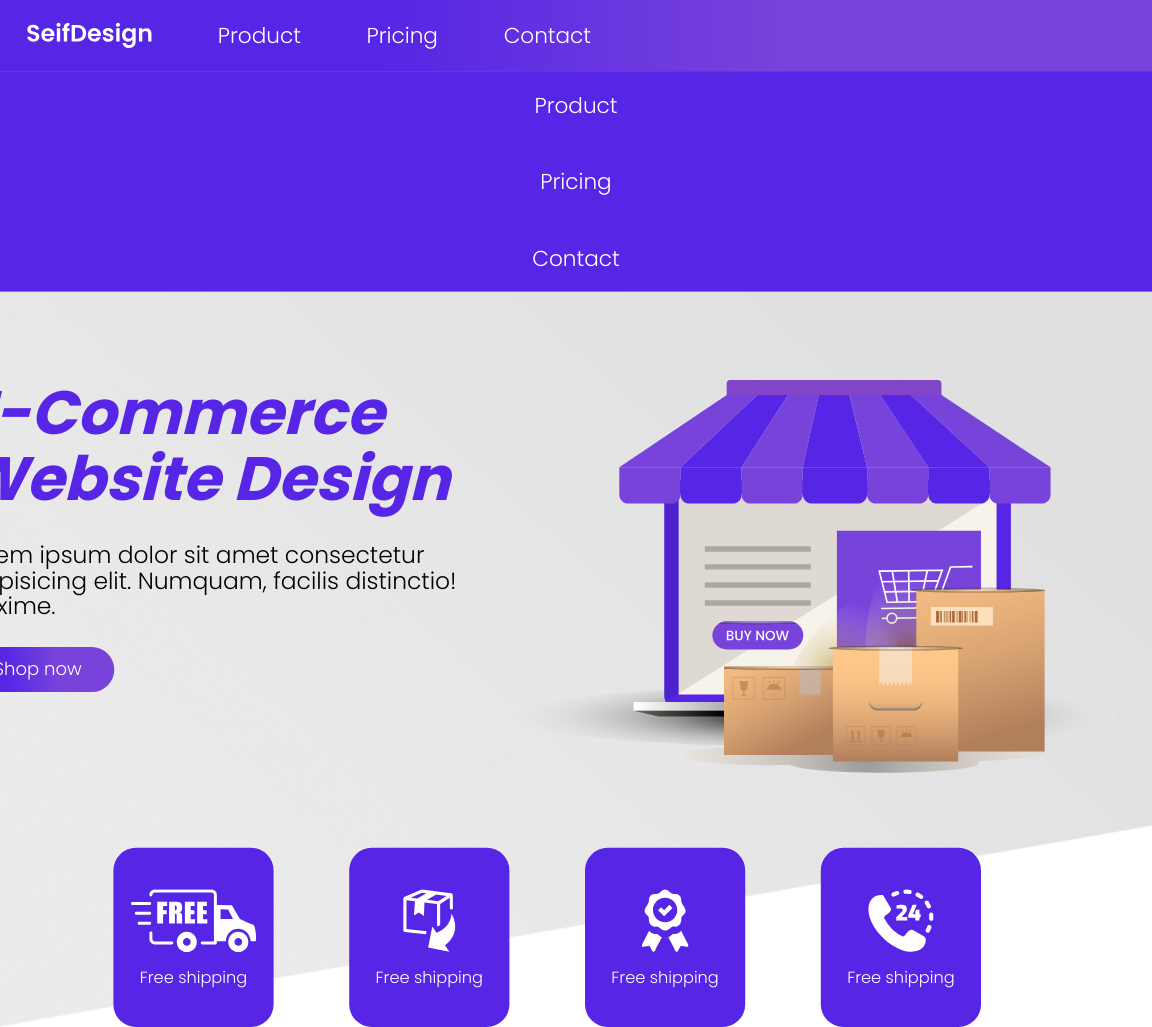
Repository: simralgasimov/newpage
Page: index.html
An editor plug-in stored every save of this project. The page is shown before and after the next save, followed by the edit.
The browser window is 1280 px wide. The pictures show the whole page, at 90% of full size.
The style sheet was rebuilt from its Sass, Less or Tailwind sources for each picture, by a compiler version that may differ from the author's.

Above is the page before, as saved 2023-12-13 15:21:15.
Not found: index.js

### index.html
<!DOCTYPE html>
<html lang="en">
  <head>
    <meta charset="UTF-8" />
    <meta name="viewport" content="width=device-width, initial-scale=1.0" />
    <title>Document</title>
    <link rel="stylesheet" href="./reset.css" />
    <link rel="stylesheet" href="./index.css" />
  </head>
  <body>
    <div class="container">
      <nav>
          <img class="logo-img" src=".//image/SeifDesign.svg" alt="" />

        <ul>
          <li><a href="#">Product</a></li>
          <li><a href="#">Pricing</a></li>
          <li><a href="#">Contact</a></li>
        </ul>
        <div class="burgerMenu">
          <img src="./image/Frame 1.svg" alt="" />
        </div>
      </nav>
      <div class="menu-list">
        <a href="#">Product</a>
        <a href="#">Pricing</a>
        <a href="#">Contact</a>

      </div>
      <div class="box-container">
        <div class="box-1">
          <div class="text-container">
            <h1>E-Commerce Website Design</h1>
            <p>
              Lorem ipsum dolor sit amet consectetur adipisicing elit. Numquam,
              facilis distinctio! Maxime.
            </p>
            <button><a href="#">Shop now</a></button>
          </div>

            <img class="house-img" src=".//image/Group (1).svg" alt="" />

        </div>

          <ul>
            <li>
              <img src="./image/Group (2).svg" alt="" />
              <p>Free shipping</p>
            </li>

            <li>
              <img src="./image/Vector (1).svg" alt="" />
              <p>Free shipping</p>
            </li>
            <li>
              <img src="./image/Group (3).svg" alt="" />
              <p>Free shipping</p>
            </li>
            <li>
              <img src="./image/Vector (2).svg" alt="" />
              <p>Free shipping</p>
            </li>
          </ul>
        </div>

    </div>

  </body>
  <script src="./index.js"></script>
</html>

### index.scss
@import url("https://fonts.googleapis.com/css2?family=Poppins:wght@300;700&display=swap");
* {
  margin: 0;
  padding: 0;
  box-sizing: border-box;
}
.container {
  background-image: url("./image/Rectangle\ 3.png");
  background-repeat: no-repeat;
  background-size: 100% 100%;
  min-height: 100vh;
  width: 100%;
  nav {
    display: flex;
    align-items: center;
    background: linear-gradient(270deg, #7743db 31.64%, #5725e5 66.78%);
    padding: 20px 30px;
    @media screen and (max-width: 1024px) {
      justify-content: space-between;
    }
    .burgerMenu {
      display: none;
      @media screen and (max-width: 1024px) {
        display: block;
      }
    }
    .logo-img {
      width: 139px;
      height: 39px;
      @media screen and (max-width: 1024px) {
        width: 97px;
        height: 27px;
      }
    }

    ul {
        display: flex;
        /* margin-left: 200px; */
      @media screen and (max-width: 1024px) {
        display: none;
      }


      li {
        margin-left: 73px;
        list-style-type: none;
        a {
          text-decoration: none;
          width: 98px;
          height: 30px;
          color: #fff;
          text-align: center;
          font-family: Poppins;
          font-size: 24px;
          font-style: normal;
          font-weight: 300;
          line-height: normal;
        }
      }
    }
  }
  .menu-list{
    background-color: #5725e5;
    display: flex;
    flex-direction: column;
    gap: 50px;
    padding: 20px;
    a{
        color: #FFF;
text-align: center;
font-family: Poppins;
font-size: 24px;
font-style: normal;
font-weight: 300;
line-height: normal;
text-decoration: none;
    }
  }
  .box-container {
    .box-1 {
      padding: 98px 164px 43px 83px;
      display: flex;
      justify-content: center;
      @media screen and (max-width: 1024px) {
  padding: 0 10px;
  padding-top: 100px;
  flex-direction: column-reverse;
  align-items: center;   }
      .text-container {
        h1 {
          margin-bottom: 32px;
          width: 608px;
          font-family: Poppins;
          font-size: 68px;
          font-style: italic;
          font-weight: 700;
          line-height: 109%; /* 74.12px */
          color: #5725e5;
          @media screen and (max-width: 1024px) {
          font-size: 40px;
          width: 100%;
          text-align: center;
          }

        }
        p {
          width: 608px;
          color: #000;
          font-family: Poppins;
          font-size: 26px;
          font-style: normal;
          font-weight: 300;
          line-height: 109%;
          @media screen and (max-width: 1024px) {
          font-size: 20px;
          width: 100%;
          }
        }
        button {
          border: none;
          margin-top: 32px;
          display: flex;
          width: 170px;
          height: 50px;
          display: flex;
          justify-content: center;
          align-items: center;
          border-radius: 25px;
          background: linear-gradient(263deg, #7743db 38.81%, #5725e5 70.24%);

          @media screen and (max-width: 1024px) {
              width: 170px;
              height: 50px;
              margin: auto;
          }
          a {
            text-decoration: none;
            color: #fff;
            font-family: Poppins;
            font-size: 20px;
            font-style: normal;
            font-weight: 400;
            line-height: 109%; /* 21.8px */
            @media screen and (max-width: 1024px) {
          font-size: 20px;
          }
          }
        }
      }

      .house-img {
        width: 677.61px;
        height: 437.417px;
        @media screen and (max-width: 1024px) {
        width: 352px;
  height: 256.511px;}
      }
    }

    ul {
      display: flex;
      justify-content: center;
      flex-wrap: wrap;
      gap: 20px;
      margin-top: 40px;

      li {
          margin-right: 64px;
        display: flex;
        width: 178px;
        height: 199px;
        padding: 10px;
        flex-direction: column;
        justify-content: center;
        align-items: center;
        gap: 18px;
        border-radius: 25px;
        background: #5725e5;
        @media screen and (max-width: 1024px) {
        margin-right: 20px}
        img {
          width: 139.997px;
          height: 70px;
        }
        p {
          color: #fff;
          text-align: center;
          font-family: Poppins;
          font-size: 18px;
          font-style: normal;
          font-weight: 400;
          line-height: 109%; /* 19.62px */
        }
      }
    }
  }

}

Loaded but not shown: reset.css (common file)

After the next save:
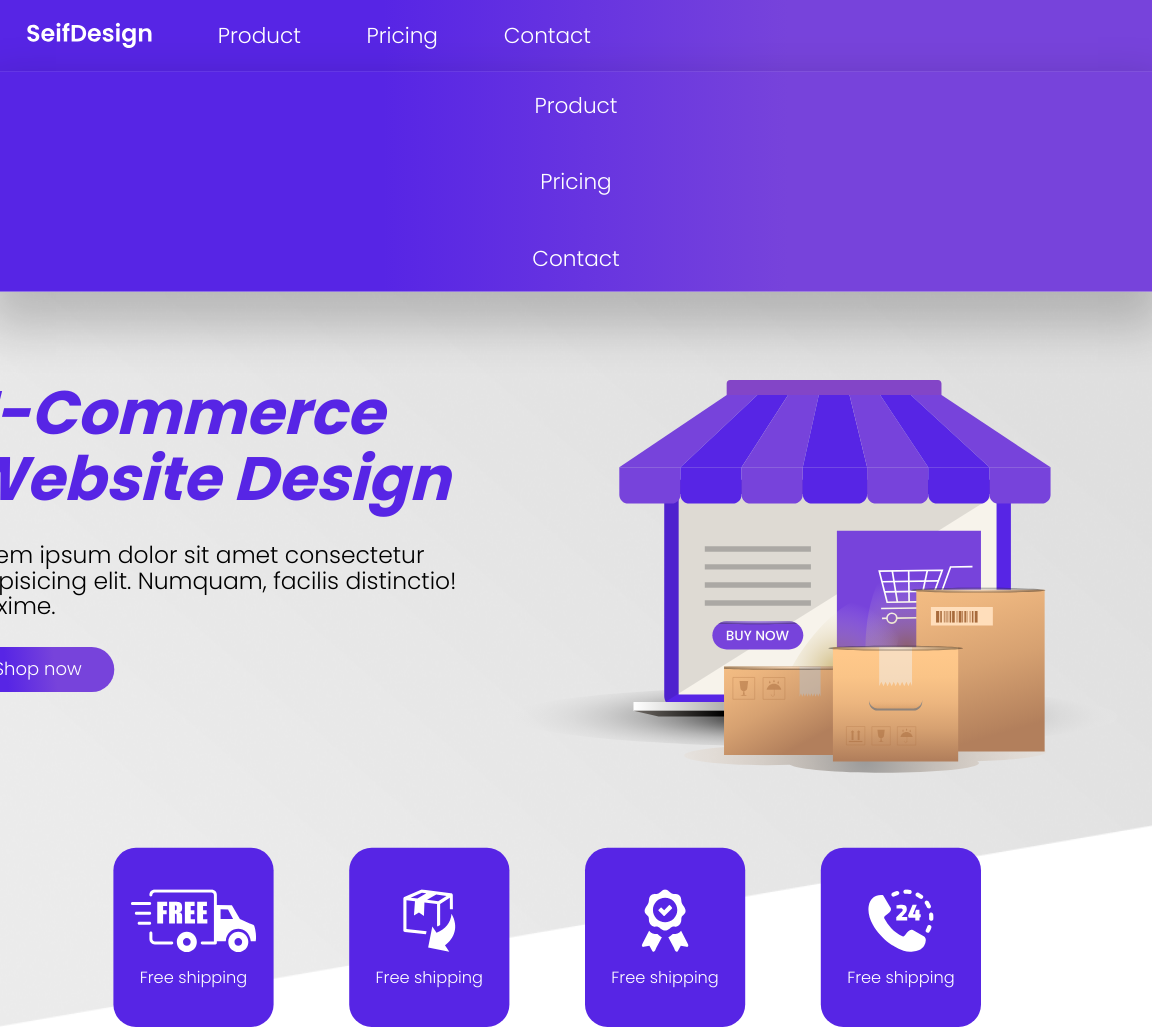
Saved 36 s later.
--- a/index.scss
+++ b/index.scss
@@ -60,8 +60,8 @@
     }
   }
   .menu-list{
-    background-color: #5725e5;
-    display: flex;
+    background: linear-gradient(270deg, #7743DB 31.64%, #5725E5 66.78%);
+    box-shadow: 0px 26px 50px 14px rgba(0, 0, 0, 0.20);    display: flex;
     flex-direction: column;
     gap: 50px;
     padding: 20px;
